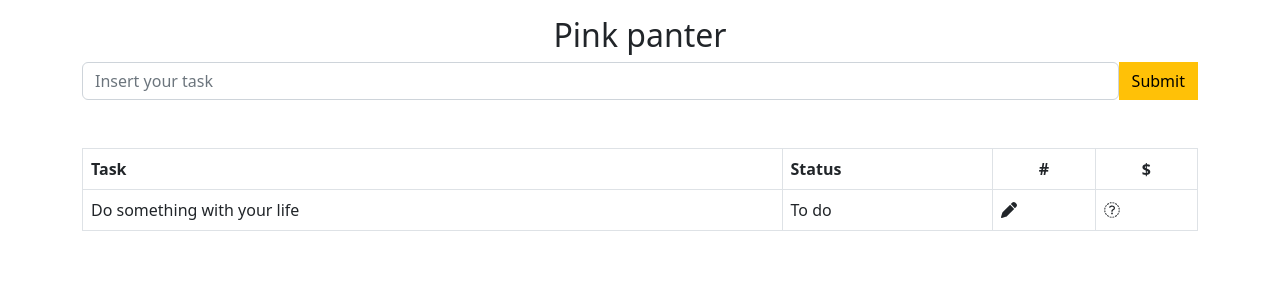
Repository: Wladomax/todo-vue
Page: /
An editor plug-in stored every save of this project. The page is shown before and after the next save, followed by the edit.
The browser window is 1280 px wide. The pictures show the whole page.
The project was rebuilt for these pictures with package versions that can differ from the ones it lists, and the page was loaded fresh each time. Also part of the build but not shown: vue.config.js.

Above is the page before, as saved 2023-01-01 11:59:12.

### src/main.js
import { createApp } from "vue";
import App from "./App.vue";
import "bootstrap/dist/css/bootstrap.min.css";
import "@fortawesome/fontawesome-free/css/all.css";
import "@fortawesome/fontawesome-free/js/all.js";

createApp(App).mount("#app");

### src/App.vue
<template>
  <div>
    <ToDo></ToDo>
  </div>
</template>

<script>
import ToDo from "./components/ToDo.vue";

export default {
  name: "App",
  components: {
    ToDo,
  },
};
</script>

<style></style>

### src/components/ToDo.vue
<template>
  <div class="container">
    <h2 class="text-center mt-3">Pink panter</h2>

    <!-- input -->
    <div class="d-flex">
      <input type="text" placeholder="Insert your task" class="form-control" />
      <button class="btn btn-warning rounded-0">Submit</button>
    </div>

    <!-- Table-->
    <table class="table table-bordered mt-5">
      <thead>
        <tr>
          <th scope="col">Task</th>
          <th scope="col">Status</th>
          <th scope="col" class="text-center">#</th>
          <th scope="col" class="text-center">$</th>
        </tr>
      </thead>
      <tbody>
        <tr>
          <td>Do something with your life</td>
          <td>To do</td>
          <td>
            <div>
              <span class="fa fa-pen"> </span>
            </div>
          </td>
          <td>
            <div>
              <span class="fa fa-tresh"> </span>
            </div>
          </td>
        </tr>
      </tbody>
    </table>
  </div>
</template>

<script>
export default {
  name: "ToDo",
  props: {
    msg: String,
  },
};
</script>

<style scoped></style>

Loaded but not shown: public/index.html (common file)

After the next save:
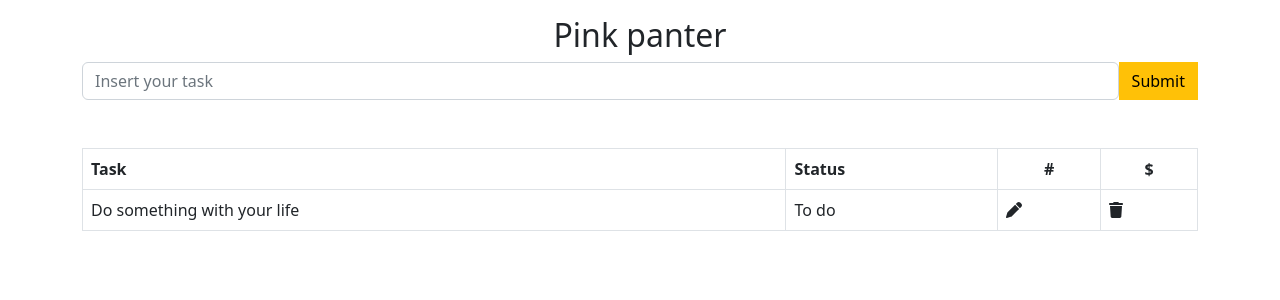
Saved 5 s later.
--- a/src/components/ToDo.vue
+++ b/src/components/ToDo.vue
@@ -29,7 +29,7 @@
           </td>
           <td>
             <div>
-              <span class="fa fa-tresh"> </span>
+              <span class="fa fa-trash"> </span>
             </div>
           </td>
         </tr>
